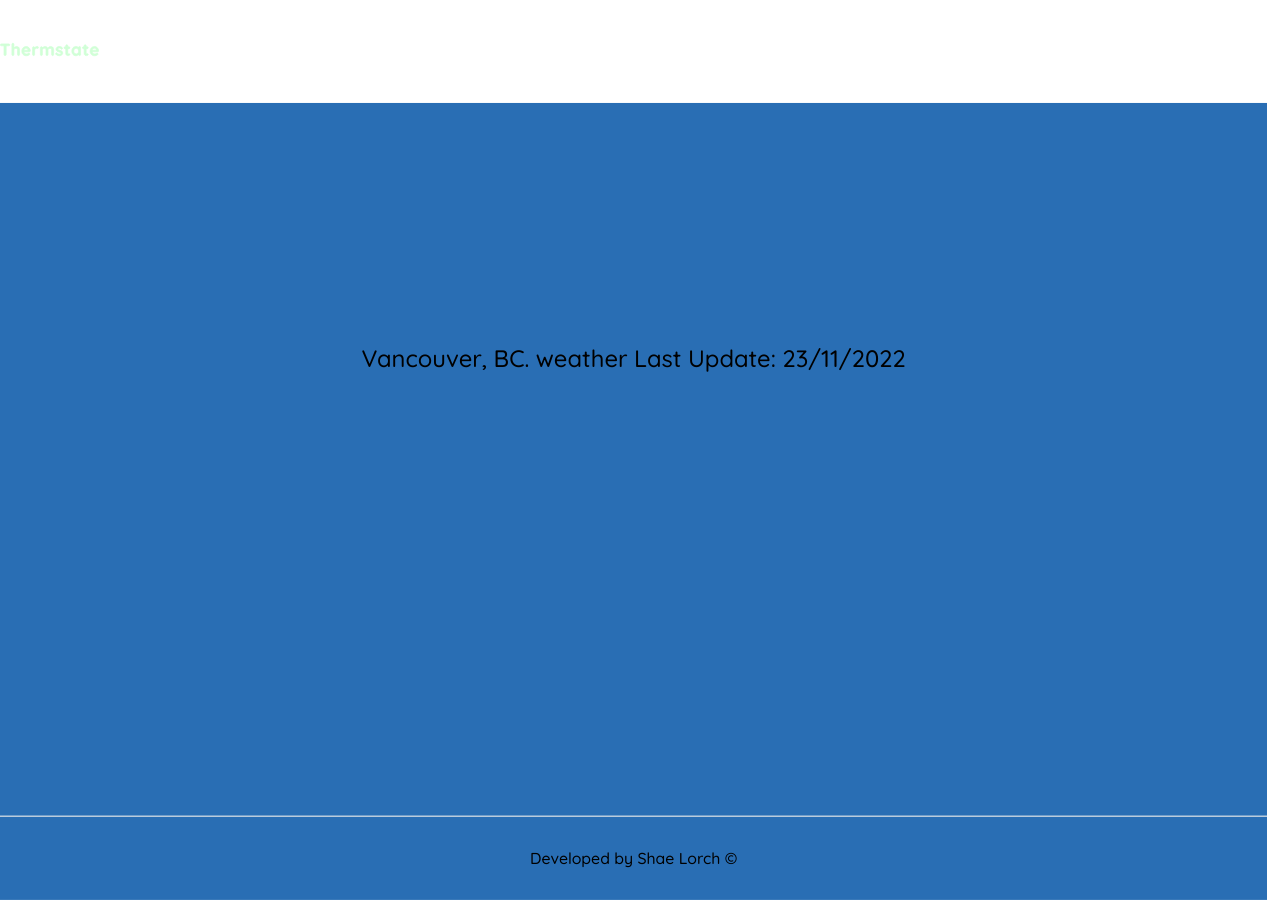
Repository: shaelorch/assessment2-DCD
Page: /
These files come from the project's save history. The page is drawn as it stood at one moment and after the next save; the edit follows.
The browser window is 1280 px wide. The pictures show the whole page, at 99% of full size.
Some web fonts or font styles are not loaded; a fallback is used. The project was rebuilt for these pictures with package versions that can differ from the ones it lists, and the page was loaded fresh each time. The framework's server and built-in components were replaced by stand-ins that run in the browser. Also part of the build but not shown: next.config.js, comps/weatherCard.js.

Above is the page before, as saved 2023-02-23 17:35:07.

### pages/index.js
import Head from 'next/head'
import Image from 'next/image'
import { useEffect, useRef, useState } from 'react';
import styles from '../styles/Home.module.css';
import axios from 'axios';
import WeatherCont from '../comps/weatherCard';
import NavBar from '../comps/Navbar';

export default function Home() {

  const apiKey = 'cbd83d03fd51593f0af105201d308067';
  const location = 'vancouver';
  const units = 'metric';
  const url = `https://api.openweathermap.org/data/2.5/forecast?q=${location}&units=${units}&appid=${apiKey}`;

  const [data, setData] = useState();

  const grabWeather = useRef(false);

  const fetchWeather = async () => {
    const response = await axios.get(url);
    console.log(response);

    console.log(response.data.list);
    const arrayOfDays = [];

    let weatherData = response.data.list.map((weather, index) => {
      console.log(parseInt(weather.dt_txt.substr(8, 2), 10));
      let num = parseInt(weather.dt_txt.substr(8, 2), 10);

      if (num !== arrayOfDays.find(element => element === num)) {
        arrayOfDays.push(num);
        console.log("Here");
        console.log(response.data.list[index]);
        var month = '';
        var icon = '';

        if (weather.dt_txt.substr(5, 2) == 1) {
          month = 'January';
        } else if (weather.dt_txt.substr(5, 2) == 2) {
          month = 'February';
        } else if (weather.dt_txt.substr(5, 2) == 3) {
          month = 'March';
        } else if (weather.dt_txt.substr(5, 2) == 4) {
          month = 'April';
        } else if (weather.dt_txt.substr(5, 2) == 5) {
          month = 'May';
        } else if (weather.dt_txt.substr(5, 2) == 6) {
          month = 'June';
        } else if (weather.dt_txt.substr(5, 2) == 7) {
          month = 'July';
        } else if (weather.dt_txt.substr(5, 2) == 8) {
          month = 'August';
        } else if (weather.dt_txt.substr(5, 2) == 9) {
          month = 'September';
        } else if (weather.dt_txt.substr(5, 2) == 10) {
          month = 'October';
        } else if (weather.dt_txt.substr(5, 2) == 11) {
          month = 'November';
        } else if (weather.dt_txt.substr(5, 2) == 12) {
          month = 'December';
        }

        if (weather.weather[0].main == 'Clouds') {
          icon = '/icons/cloud.svg'
        } else if (weather.weather[0].main == 'Clear') {
          icon = '/icons/clear.svg'
        } else if (weather.weather[0].main == 'Atmosphere') {
          icon = '/icons/atmosphere.svg'
        } else if (weather.weather[0].main == 'Rain') {
          icon = '/icons/rain.svg'
        } else if (weather.weather[0].main == 'Drizzle') {
          icon = '/icons/drizzle.svg'
        } else if (weather.weather[0].main == 'Snow') {
          icon = '/icons/snow.svg'
        } else if (weather.weather[0].main == 'Thunderstorm') {
          icon = '/icons/lightening.svg'
        }

        var now = new Date(weather.dt_txt);
        var days = ['Sunday', 'Monday', 'Tuesday', 'Wednesday', 'Thursday', 'Friday', 'Saturday']
        var day = days[now.getDate()];

        return ( <div className={styles.card} key={index} >
            <div className={styles.cardContent}>
              <Image style={{}}
                src={icon}
                alt="logo"
                width={80}
                height={80}
                priority
              />
              <div style={{ alignSelf: 'center', marginRight: 180 }}>
                <div>{weather.main.temp.toFixed(1)} °C</div>
                <div>{weather.weather[0].main}</div>
              </div>
              <p>
                {day} <br /> {month} {weather.dt_txt.substr(8, 2)}, {weather.dt_txt.substr(0, 4)}
              </p></div>
          </div>
        )
      }


    })
    console.log(arrayOfDays);
        setData(weatherData);

  }




  useEffect(() => {
    if (grabWeather.current === true) {
      fetchWeather();
    }

    return () => {
      grabWeather.current = true;
    }
  }, []);

  const current = new Date();
  const date = `${current.getDate()}/${current.getMonth() + 1}/${current.getFullYear()}`;


  return (

    <>
      <Head>

      </Head>
      <NavBar/>

      <main className={styles.main}>
        <div className={styles.description}>
          <p>
            Vancouver, BC. weather
            Last Update: {date}
          </p>

        </div>

        {/* <div className={styles.mainCard}>
          <div className={styles.mainCardContent}>
            {data}
          </div>

        </div> */}

        <div className={styles.grid}>
          <div>
            {data}
          </div>

        </div>

      </main>
      <footer className={styles.footer}>
      <div>
            <a>
              Developed by Shae Lorch &#169;
            </a>
          </div>
      </footer>

    </>

  )
}

### styles/globals.css
@import url('https://fonts.googleapis.com/css2?family=Tilt+Warp&display=swap');
@import url('https://fonts.googleapis.com/css2?family=Quicksand:wght@300;500;700&family=Tilt+Neon&family=Tilt+Warp&display=swap');

html,
body {
  padding: 0;
  margin: 0;
  font-family: -apple-system, BlinkMacSystemFont, Segoe UI, Roboto, Oxygen,
    Ubuntu, Cantarell, Fira Sans, Droid Sans, Helvetica Neue, sans-serif;
}

a {
  color: inherit;
  text-decoration: none;
}

* {
  box-sizing: border-box;
}

@media (prefers-color-scheme: dark) {
  html {
    color-scheme: dark;
  }
  body {
    color: white;
    background: black;
  }
}

### styles/Home.module.css
.container {
  padding: 0 2rem;
  background-color: #296EB4;
}

.main {
  min-height: 100vh;
  padding: 4rem 0;
  flex: 1;
  display: flex;
  flex-direction: column;
  justify-content: center;
  align-items: center;
  background-color: #296EB4;
  font-family:quicksand, cursive;

}



.card {
  background: rgb(255,255,255);
  background: linear-gradient(0deg, rgba(255,255,255,0) 0%, rgba(136,198,255,1) 47%);
  width:100%;
  height:100%;
  border-radius:20px;
  padding-left:5%;
  margin-bottom: 8%;
}

.mainCardContent {

  display: flex;
  flex-direction: column;

}

.cardContent {
  display: flex;
  flex-direction: row;
  justify-content: space-between;
  margin-right: 5%;
  align-content:center;
}



.footer {
  display: flex;
  flex: 1;
  padding: 2rem 0;
  border-top: 1px solid #eaeaea;
  justify-content: center;
  align-items: center;
  background-color: #296EB4;
  font-family: quicksand, cursive;
}

.footer a {
  display: flex;
  justify-content: center;
  align-items: center;
  flex-grow: 1;
}

.title a {
  color: #0070f3;
  text-decoration: none;
}

.title a:hover,
.title a:focus,
.title a:active {
  text-decoration: underline;
}

.title {
  margin: 0;
  line-height: 1.15;
  font-size: 4rem;
}

.title,
.description {
  text-align: center;
}

.description {
  margin: 4rem 0;
  line-height: 1.5;
  font-size: 1.5rem;
}

.code {
  background: #fafafa;
  border-radius: 5px;
  padding: 0.75rem;
  font-size: 1.1rem;
  font-family: Menlo, Monaco, Lucida Console, Liberation Mono, DejaVu Sans Mono,
    Bitstream Vera Sans Mono, Courier New, monospace;
}

.grid {
  display: flex;
  align-items: center;
  justify-content: center;
  flex-wrap: wrap;
  max-width: 800px;
  margin:8%;
}

.mainCard {
  height:384px;
  width:338px;
  background: rgb(255,255,255);
  background: linear-gradient(0deg, rgba(255,255,255,0) 0%, rgba(136,198,255,1) 47%);
  border-radius: 20px;;
}





.logo {
  height: 1em;
  margin-left: 0.5rem;
}

@media (max-width: 600px) {
  .grid {
    width: 100%;
    flex-direction: column;
  }
}

@media (prefers-color-scheme: dark) {
  .card,
  .footer {
    border-color: #222;
  }
  .code {
    background: #111;
  }
  .logo img {
    filter: invert(1);
  }
}

### comps/Navbar.js
import Image from "next/image"

export default function NavBar() {

    return(<div>
        <Image src="/logo.svg"
        alt="logo"
        width={100}
        height={100}
        />
    </div>

    )
}

Loaded but not shown: pages/_app.js (common file)

After the next save:
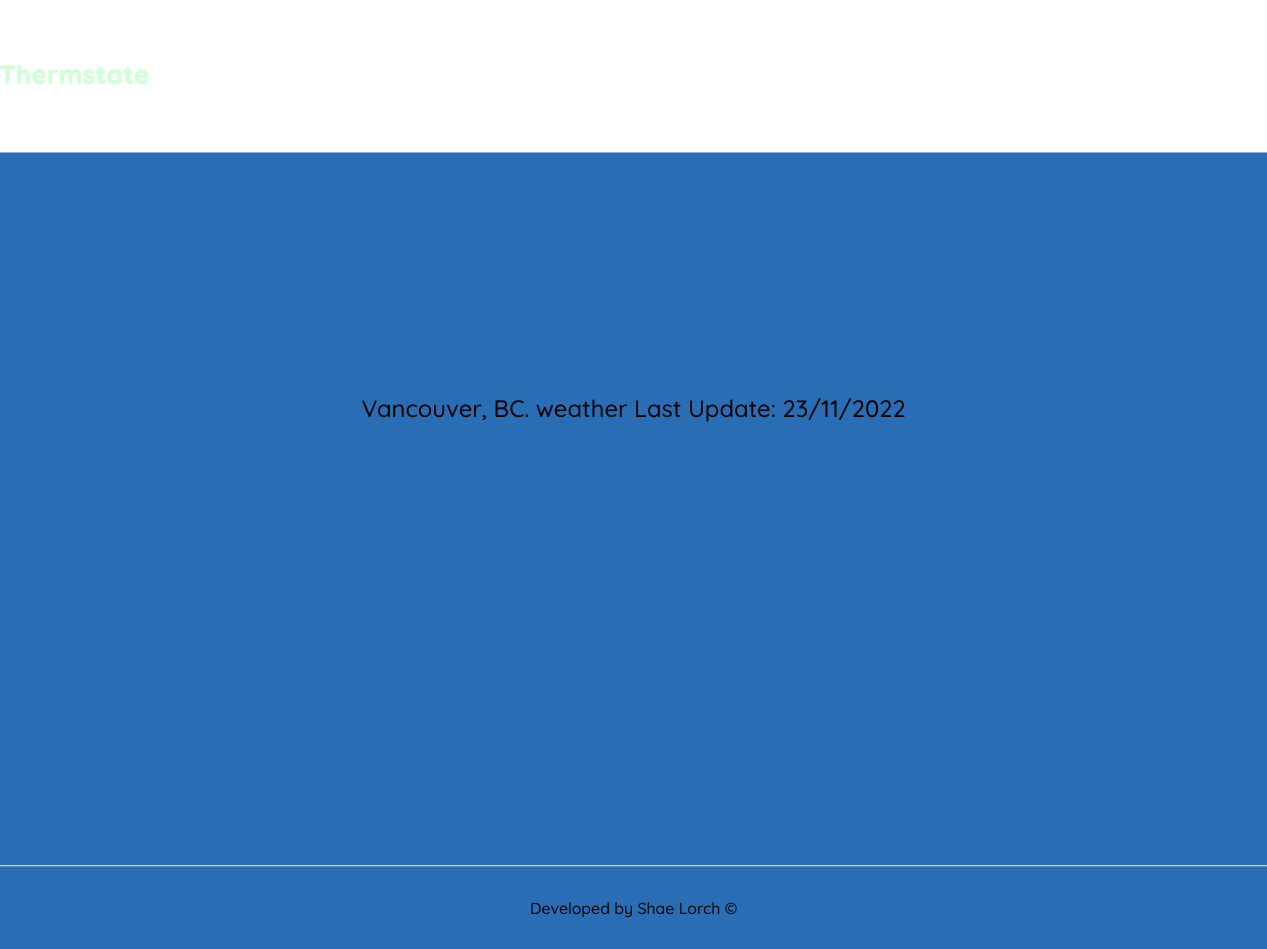
Saved 6 s later.
--- a/comps/Navbar.js
+++ b/comps/Navbar.js
@@ -5,8 +5,8 @@ export default function NavBar() {
     return(<div>
         <Image src="/logo.svg"
         alt="logo"
-        width={100}
-        height={100}
+        width={150}
+        height={150}
         />
     </div>
 
